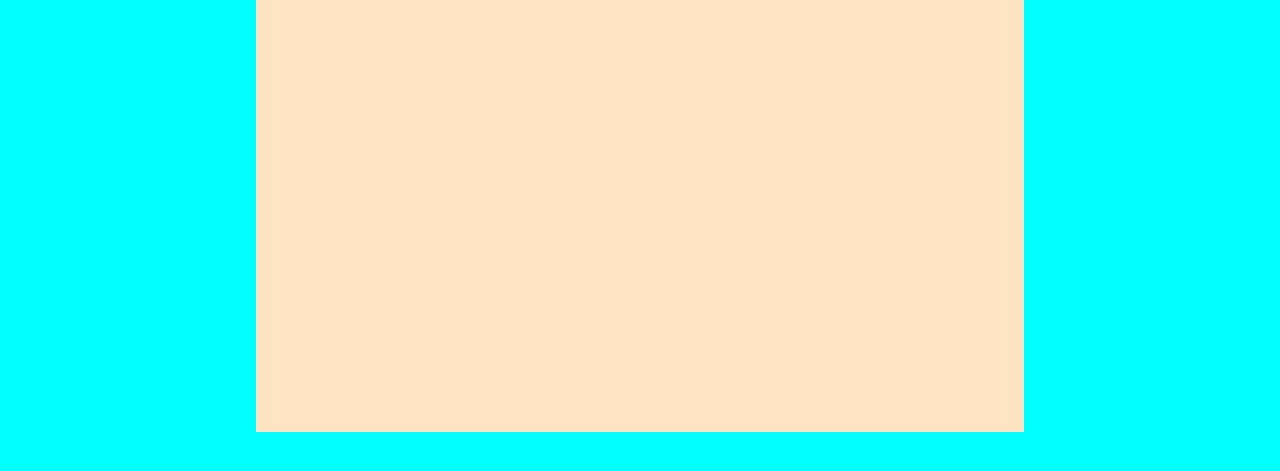
Repository: asfaqueahmedsakkar/ui_challange
Page: challange1_ts/index.html
An editor plug-in stored every save of this project. The page is shown before and after the next save, followed by the edit.
The browser window is 1280 px wide. The pictures show the whole page.
An inner scrolling area shows only its first screen.

Above is the page before, as saved 2023-03-22 13:18:06.
Console error: TypeError: this.scrollable.stopScrollOnScrollbarOrDrag is not a function

### challange1_ts/index.html
<html lang="en">

<head>
    <meta charset="UTF-8">
    <meta http-equiv="X-UA-Compatible" content="IE=edge">
    <meta name="viewport" content="width=1520, height:820, initial-scale=1.0">
    <title>Document</title>

    <link rel="stylesheet" href="style.css">

    <link rel="preconnect" href="https://fonts.googleapis.com">
    <link rel="preconnect" href="https://fonts.gstatic.com" crossorigin>
    <link href="https://fonts.googleapis.com/css2?family=Oswald:wght@200;300;400&display=swap" rel="stylesheet">
</head>

<body>

    <div style="background-color: aqua;width: 100%;height: 100%;">
        <div class="page" style="width: 60%; height:60%;overflow: scroll;margin: auto auto;" id="page">
            <div class="page_item" style="width: 100%; height: 100%;background-color: azure;"></div>
            <div class="page_item" style="width: 100%; height: 100%; background-color: beige;"></div>
            <div class="page_item" style="width: 100%; height: 100%; background-color: blanchedalmond;"></div>
            <div class="page_item" style="width: 100%; height: 100%; background-color: bisque;"></div>
        </div>

    </div>

    <script src="out/animator.js"></script>
    <script src="out/slider.js"></script>
    <script src="out/scrollable.js"></script>
    <script src="out/index.js"></script>
</body>

</html>

### challange1_ts/style.css
:root {
    --ligh-green: #009c59;
    --deep-green: #037044;

    --ligh-yellow: #f9bf01;
    --deep-yellow: #cd8800;

    --light-orrange: #f88729;
    --deep-orrange: #e36f00;

    --brown: #3b2612;
}

* {
    padding: 0;
    margin: 0;
    box-sizing: border-box;

    font-family: 'Oswald', sans-serif;
}

#img {
    z-index: 2;
    position: fixed;
    width: 100%;
    height: 100%;
    top: 0;
}

.main-body {
    width: 100%;
    height: 100%;
    aspect-ratio: 16/9;
    overflow-x: hidden;
    behavior: smooth;
}

.slider {
    height: 100%;
    width: 100%;
}

.slide {
    height: 100%;
    width: 100%;
    flex-shrink: 0;


    display: flex;
    align-items: center;
    justify-content: center;
}

.slide h1 {
    font-size: 300;
    letter-spacing: 8px;
    color: white;
    z-index: 10;
}

.slide:nth-child(1) {
    background-image: linear-gradient(to bottom right, var(--ligh-green), var(--deep-green))
}

.slide:nth-child(2) {
    background-image: linear-gradient(to bottom right, var(--ligh-yellow), var(--deep-yellow))
}

.slide:nth-child(3) {
    background-image: linear-gradient(to bottom right, var(--light-orrange), var(--deep-orrange))
}

.leaf {
    object-fit: width;
    pointer-events: none;
}

.leaf1 {
    z-index: 13;
    top: 35vh;
    left: -2vw;

    transform: rotateZ(310deg);
    height: 90px;
}

.leaf2 {
    z-index: 11;
    top: 78vh;
    left: 16vw;

    height: 140px;
    transform: rotateZ(310deg);

}

.leaf3 {
    z-index: 11;
    top: 16vh;
    left: 63vw;

    height: 120px;
    transform: rotateZ(140deg);
}

.leaf4 {
    z-index: 9;
    top: 62vh;
    left: 80vw;

    height: 110px;
    transform: rotateZ(80deg);
}

.leaf5 {
    z-index: 14;
    top: 65vh;
    left: -14vw;

    height: 110px;
    transform: rotateZ(70deg);
}




.bottal {
    position: fixed;

    z-index: 11;
    top: 50%;
    left: 50%;

    transform: translateX(-50%) translateY(-50%);
    height: 55%;

    object-fit: height;
    pointer-events: none;
}

.sprite {
    height: 54%;
}

.fanta {
    left: 150%;
}

.lipton {
    left: 150%;
}

#lemon1,
#orrange1,
#apple1 {
    position: fixed;
    left: 50%;
    top: 60%;

    transform: translateX(-50%) translateY(-50%);
    z-index: 16;

    height: 30%;
    width: 23%;
    object-fit: contain;
    pointer-events: none;
}

#lemon2,
#orrange2,
#apple2 {
    position: fixed;
    left: 50%;
    top: 50%;

    transform: translateX(-50%) translateY(-50%);
    z-index: 10;

    height: 36%;
    width: 39%;

    object-fit: contain;
    pointer-events: none;
}


.details {
    width: 100%;
    height: 100%;
    position: relative;
    background-color: rgb(0, 31, 0);
}

.circel {
    border-radius: 50%;
    width: 26vw;
    height: 23vw;
    background-color: var(--deep-green);
    position: absolute;
    top: 70%;
    left: 25%;
    transform: translateX(-50%) translateY(-50%);
}

.details-content {
    width: 40vw;
    position: absolute;
    color: rgb(192, 192, 192);
    font-size: 16px;
    letter-spacing: 1.2px;
    font-weight: lighter;
    top: 50%;
    left: 75%;
    transform: translateX(-50%) translateY(-50%);
}

.details-content h1 {
    content: attr(name);
}

.details-content h1 {
    font-size: 100px;
    margin-top: 32px;
    color: white;
}

.details-content div {
    margin-top: 32px;
    align-items: center;
    justify-content: center;
    display: flex;
    border-radius: 27px;
    width: 200px;
    height: 54px;
    padding-bottom: 8px;
    color: white;
    background-color: var(--ligh-green);
}

#sprite-details {
    background-color: var(--ligh-green);
    left: 25vw;
}

#lipton-details {
    left: 50vw;
    background-color: var(--ligh-yellow);
}

#fanta-details {
    left: 75vw;
    background-color: var(--light-orrange);
}

.details-item {
    border-radius: 16px;
    top: 60vh;
    width: 24vw;
    height: 70vh;
    transform: translateX(-50%) translateY(-50%);
    position: absolute;
    display: flex;
    flex-direction: column;
    align-items: center;
    justify-content: end;
    padding-bottom: 20px;
}

h1 {
    color: white;
    font-size: 44px;
}

.details-item div {
    align-items: center;
    justify-content: center;
    display: flex;
    border-radius: 27px;
    width: 200px;
    height: 54px;
    padding-bottom: 4px;
    margin-top: 8px;
    background-color: white;
    color: var(--ligh-green);
}

.details-item div h2 {
    font-size: 20px;
}

#buy-now-button-sprite {
    color: var(--ligh-green);
}

#buy-now-button-lipton {
    color: var(--ligh-yellow);
}

#buy-now-button-fanta {
    color: var(--light-orrange);
}

### challange1_ts/out/animator.js
"use strict";
var _a;
class Duration {
    constructor({ millisecond: millisecond, second: second, microsecond: microsecond, minute: minute } = { millisecond: 300 }) {
        if (millisecond == undefined && microsecond == undefined && second == undefined && minute == undefined)
            throw ("please define any of the duration perametar");
        this.microsecond = microsecond;
        this.millisecond = millisecond;
        this.second = second;
        this.minute = minute;
    }
    getInMillisecond() {
        var _b, _c, _d, _e;
        return ((_b = this.second) !== null && _b !== void 0 ? _b : 0) * 1000 + ((_c = this.minute) !== null && _c !== void 0 ? _c : 0) * 60 * 1000 + ((_d = this.microsecond) !== null && _d !== void 0 ? _d : 0) / 1000 + ((_e = this.millisecond) !== null && _e !== void 0 ? _e : 0);
    }
}
class Curve {
}
_a = Curve;
Curve.getCurrentCurveFunction = (curveInUse) => {
    var curveFunction;
    if (curveInUse == Curves.linner) {
        curveFunction = Curve.linerCurve;
    }
    else if (curveInUse == Curves.easeInQuad) {
        curveFunction = Curve.easeInQuad;
    }
    else if (curveInUse == Curves.easeOutQuad) {
        curveFunction = Curve.easeOutQuad;
    }
    else if (curveInUse == Curves.easeInOutQuad) {
        curveFunction = Curve.easeInOutQuad;
    }
    else if (curveInUse == Curves.easeInSine) {
        curveFunction = Curve.easeInSine;
    }
    else if (curveInUse == Curves.easeOutSine) {
        curveFunction = Curve.easeOutSine;
    }
    else if (curveInUse == Curves.easeInOutSine) {
        curveFunction = Curve.easeInOutSine;
    }
    else if (curveInUse == Curves.easeInExpo) {
        curveFunction = Curve.easeInExpo;
    }
    else if (curveInUse == Curves.easeOutExpo) {
        curveFunction = Curve.easeOutExpo;
    }
    else if (curveInUse == Curves.easeInOutExpo) {
        curveFunction = Curve.easeInOutExpo;
    }
    else if (curveInUse == Curves.easeInCirc) {
        curveFunction = Curve.easeInCirc;
    }
    else if (curveInUse == Curves.easeOutCirc) {
        curveFunction = Curve.easeOutCirc;
    }
    else if (curveInUse == Curves.easeInOutCirc) {
        curveFunction = Curve.easeInOutCirc;
    }
    else {
        curveFunction = _a.linerCurve;
    }
    return curveFunction;
};
Curve.linerCurve = ({ from = 0, to = 1, currentFrame, totalFrame }) => {
    const change = to - from;
    return change * (currentFrame / totalFrame) + from;
};
Curve.easeInQuad = ({ from = 0, to = 1, currentFrame, totalFrame }) => {
    const change = to - from;
    var t = currentFrame / totalFrame;
    var d = totalFrame / totalFrame;
    return change * (t /= d) * t + from;
};
Curve.easeOutQuad = ({ from = 0, to = 1, currentFrame, totalFrame }) => {
    const change = to - from;
    var t = currentFrame / totalFrame;
    var d = totalFrame / totalFrame;
    return -change * (t /= d) * (t - 2) + from;
};
Curve.easeInOutQuad = ({ from = 0, to = 1, currentFrame, totalFrame }) => {
    const change = to - from;
    var t = currentFrame / totalFrame;
    var d = totalFrame / totalFrame;
    if ((t /= d / 2) < 1)
        return change / 2 * t * t + from;
    return -change / 2 * ((--t) * (t - 2) - 1) + from;
};
Curve.easeInSine = ({ from = 0, to = 1, currentFrame, totalFrame }) => {
    const change = to - from;
    var t = currentFrame / totalFrame;
    var d = totalFrame / totalFrame;
    return -change * Math.cos(t / d * (Math.PI / 2)) + change + from;
};
Curve.easeOutSine = ({ from = 0, to = 1, currentFrame, totalFrame }) => {
    const change = to - from;
    var t = currentFrame / totalFrame;
    var d = totalFrame / totalFrame;
    return change * Math.sin(t / d * (Math.PI / 2)) + from;
};
Curve.easeInOutSine = ({ from = 0, to = 1, currentFrame, totalFrame }) => {
    const change = to - from;
    var t = currentFrame / totalFrame;
    var d = totalFrame / totalFrame;
    return -change / 2 * (Math.cos(Math.PI * t / d) - 1) + from;
};
Curve.easeInExpo = ({ from = 0, to = 1, currentFrame, totalFrame }) => {
    const change = to - from;
    var t = currentFrame / totalFrame;
    var d = totalFrame / totalFrame;
    return (t == 0) ? from : change * Math.pow(2, 10 * (t / d - 1)) + from;
};
Curve.easeOutExpo = ({ from = 0, to = 1, currentFrame, totalFrame }) => {
    const change = to - from;
    var t = currentFrame / totalFrame;
    var d = totalFrame / totalFrame;
    return (t == d) ? from + change : change * (-Math.pow(2, -10 * t / d) + 1) + from;
};
Curve.easeInOutExpo = ({ from = 0, to = 1, currentFrame, totalFrame }) => {
    const change = to - from;
    var t = currentFrame / totalFrame;
    var d = totalFrame / totalFrame;
    if (t == 0)
        return from;
    if (t == d)
        return from + change;
    if ((t /= d / 2) < 1)
        return change / 2 * Math.pow(2, 10 * (t - 1)) + from;
    return change / 2 * (-Math.pow(2, -10 * --t) + 2) + from;
};
Curve.easeInCirc = ({ from = 0, to = 1, currentFrame, totalFrame }) => {
    const change = to - from;
    var t = currentFrame / totalFrame;
    var d = totalFrame / totalFrame;
    return -change * (Math.sqrt(1 - (t /= d) * t) - 1) + from;
};
Curve.easeOutCirc = ({ from = 0, to = 1, currentFrame, totalFrame }) => {
    const change = to - from;
    var t = currentFrame / totalFrame;
    var d = totalFrame / totalFrame;
    return change * Math.sqrt(1 - (t = t / d - 1) * t) + from;
};
Curve.easeInOutCirc = ({ from = 0, to = 1, currentFrame, totalFrame }) => {
    const change = to - from;
    var t = currentFrame / totalFrame;
    var d = totalFrame / totalFrame;
    if ((t /= d / 2) < 1)
        return -change / 2 * (Math.sqrt(1 - t * t) - 1) + from;
    return change / 2 * (Math.sqrt(1 - (t -= 2) * t) + 1) + from;
};
var Curves;
(function (Curves) {
    Curves[Curves["linner"] = 0] = "linner";
    Curves[Curves["easeInQuad"] = 1] = "easeInQuad";
    Curves[Curves["easeOutQuad"] = 2] = "easeOutQuad";
    Curves[Curves["easeInOutQuad"] = 3] = "easeInOutQuad";
    Curves[Curves["easeInSine"] = 4] = "easeInSine";
    Curves[Curves["easeOutSine"] = 5] = "easeOutSine";
    Curves[Curves["easeInOutSine"] = 6] = "easeInOutSine";
    Curves[Curves["easeInExpo"] = 7] = "easeInExpo";
    Curves[Curves["easeOutExpo"] = 8] = "easeOutExpo";
    Curves[Curves["easeInOutExpo"] = 9] = "easeInOutExpo";
    Curves[Curves["easeInCirc"] = 10] = "easeInCirc";
    Curves[Curves["easeOutCirc"] = 11] = "easeOutCirc";
    Curves[Curves["easeInOutCirc"] = 12] = "easeInOutCirc";
})(Curves || (Curves = {}));
class Animator {
    constructor({ duration = new Duration(), curve = Curves.linner } = {}) {
        this.status = AnimatorStatus.stoped;
        this.intervalInMillisecond = 10;
        this.frameCount = 0;
        this.totalFrame = 0;
        this.from = 0;
        this.to = 0;
        this.currentAnimationValue = 0;
        this.duration = duration;
        this.curve = curve !== null && curve !== void 0 ? curve : Curves.linner;
    }
    play({ from = 0, to = 1, duration, curve } = { from: 0, to: 1 }) {
        this.from = from;
        this.to = to;
        this.status = AnimatorStatus.started;
        this.curveInUse = curve !== null && curve !== void 0 ? curve : this.curve;
        this.durationInUse = duration !== null && duration !== void 0 ? duration : this.duration;
        const durationInMilisecond = this.durationInUse.getInMillisecond();
        this.totalFrame = durationInMilisecond / this.intervalInMillisecond;
        this.frameCount = 0;
        this.startAnimation();
    }
    pause() {
        if (this.status == AnimatorStatus.playing) {
            this.status = AnimatorStatus.paused;
            this.clearInterval();
        }
    }
    resume() {
        if (this.status == AnimatorStatus.paused) {
            this.status = AnimatorStatus.resumed;
            this.startAnimation();
        }
    }
    stop() {
        this.clearInterval();
        this.totalFrame = 0;
        this.frameCount = 0;
        this.status = AnimatorStatus.stoped;
    }
    addListener(listener) {
        this.animationListener = listener;
    }
    clearInterval() {
        clearInterval(this.interval);
        this.interval = undefined;
    }
    startAnimation() {
        var curveFunction = Curve.getCurrentCurveFunction(this.curveInUse);
        if (this.interval != undefined)
            clearInterval(this.interval);
        this.interval = setInterval(() => {
            this.frameCount++;
            this.status = AnimatorStatus.playing;
            this.currentAnimationValue = curveFunction({ to: this.to, from: this.from, currentFrame: this.frameCount, totalFrame: this.totalFrame });
            if (this.animationListener != undefined) {
                this.animationListener(this.currentAnimationValue);
            }
            if (this.frameCount == this.totalFrame) {
                this.stop();
            }
        }, this.intervalInMillisecond);
    }
}
var AnimatorStatus;
(function (AnimatorStatus) {
    AnimatorStatus[AnimatorStatus["playing"] = 0] = "playing";
    AnimatorStatus[AnimatorStatus["started"] = 1] = "started";
    AnimatorStatus[AnimatorStatus["stoped"] = 2] = "stoped";
    AnimatorStatus[AnimatorStatus["paused"] = 3] = "paused";
    AnimatorStatus[AnimatorStatus["resumed"] = 4] = "resumed";
})(AnimatorStatus || (AnimatorStatus = {}));

### challange1_ts/out/slider.js
"use strict";
class Slider {
    constructor(element, { ratio: ratio = 1, autoSlide: autoSlide = false, autoSlideDuration: autoSlideDuration = new Duration({ second: 1 }), initialSlide: initialSlide = 0, infiniteLoop: infiniteLoop = false, direction = ScrollDirection.horizontal } = { ratio: 1, autoSlide: false, autoSlideDuration: new Duration({ second: 5 }), initialSlide: 0, infiniteLoop: false, direction: ScrollDirection.horizontal }) {
        this.infiniteLoop = false;
        this.element = element;
        this.ratio = ratio;
        this.autoSlide = autoSlide;
        this.autoSlideDuration = autoSlideDuration;
        this.initialSlide = initialSlide;
        this.currentSlide = initialSlide;
        this.nextSlide = initialSlide;
        this.totalSlides = this.element.children.length;
        this.scrollable = new Scrollable(this.element, direction);
        this.setInfiniteLoop(infiniteLoop);
        if (infiniteLoop) {
            var allChild = Array.from(this.element.children);
            allChild.forEach(element => {
                this.element.removeChild(element);
            });
            for (var i = 0; i < this.totalSlides + 2; i++) {
                const child = allChild[(this.totalSlides - 1 + i) % this.totalSlides].cloneNode();
                child.style.cssText += "height: 100%;width: 100%;flex-shrink: 0;";
                this.element.appendChild(child);
            }
        }
        this.scrollable.stopScrollOnScrollbarOrDrag();
        this.scrollable.updateScroll(this.getSlideIndex(this.currentSlide) * this.scrollable.getSize());
    }
    setInfiniteLoop(state) {
        this.infiniteLoop = state;
    }
    getCurrentSlide() {
        return Math.round(this.scrollable.getScroll() / this.scrollable.getSize());
    }
    slideTo(currentSlide, duration = new Duration({ millisecond: 300 }), curve = Curves.linner, onSlideDone) {
        if (this.scrollable.getScrollState() != AnimatorStatus.playing) {
            if (currentSlide != this.currentSlide) {
                this.nextSlide = currentSlide;
                this.scrollable.scrollTo(this.getSlideIndex(this.nextSlide) * this.scrollable.getSize(), duration, curve);
                setTimeout(() => {
                    this.currentSlide = this.nextSlide;
                    if (onSlideDone != undefined)
                        onSlideDone();
                }, duration.getInMillisecond() + 50);
            }
        }
    }
    next(duration = new Duration({ millisecond: 300 }), curve = Curves.linner) {
        if (this.scrollable.getScrollState() != AnimatorStatus.playing && this.hasNext()) {
            this.slideTo(this.currentSlide + 1, duration, curve, () => {
                if (this.infiniteLoop && this.currentSlide == this.totalSlides) {
                    this.currentSlide = 0;
                    this.scrollable.updateScroll(this.scrollable.getSize());
                }
            });
        }
    }
    previous(duration = new Duration({ millisecond: 300 }), curve = Curves.linner) {
        if (this.scrollable.getScrollState() != AnimatorStatus.playing && this.hasPrevious()) {
            this.slideTo(this.currentSlide - 1, duration, curve, () => {
                if (this.infiniteLoop && this.currentSlide == -1) {
                    this.currentSlide = this.totalSlides - 1;
                    this.scrollable.updateScroll(this.scrollable.getSize() * this.totalSlides);
                }
            });
        }
    }
    hasNext() {
        if (this.infiniteLoop)
            return true;
        if (this.currentSlide < this.totalSlides - 1)
            return true;
        return false;
    }
    hasPrevious() {
        if (this.infiniteLoop)
            return true;
        if (this.currentSlide > 0)
            return true;
        return false;
    }
    addSlideListener(sliderListene) {
        this.scrollable.addScrollListener((scroll) => {
            sliderListene((scroll / this.scrollable.getSize() + (this.totalSlides - (this.infiniteLoop ? 1 : 0))) % this.totalSlides);
        });
    }
    getSlideIndex(index) {
        return index + (this.infiniteLoop ? 1 : 0);
    }
}

### challange1_ts/out/scrollable.js
"use strict";
class Scrollable {
    constructor(element, scrollDirection = ScrollDirection.vertical) {
        this.scrolling = false;
        this.scroll = 0;
        this.lastScroll = 0;
        this.animation = new Animator();
        this.element = element;
        this.direction = scrollDirection;
        this._initialiseListeners();
    }
    addScrollEventListener(listener) {
        this.scrollEnevtListener = listener;
    }
    addScrollListener(listener) {
        this.scrollListener = listener;
    }
    getScroll() {
        if (this.direction == ScrollDirection.vertical)
            return this.element.scrollTop;
        else
            return this.element.scrollLeft;
    }
    getSize() {
        if (this.direction == ScrollDirection.vertical)
            return this.element.offsetHeight;
        else
            return this.element.offsetWidth;
    }
    updateScroll(scroll) {
        if (this.direction == ScrollDirection.vertical)
            this.element.scrollTop = scroll;
        else
            this.element.scrollLeft = scroll;
    }
    getSize() {
        if (this.direction == ScrollDirection.vertical)
            return this.element.offsetHeight;
        else
            return this.element.offsetWidth;
    }
    scrollTo(position, duration = new Duration(), curve = Curves.linner) {
        this.animation.stop();
        this.animation.addListener((value) => this.updateScroll(value));
        this.animation.play({ from: this.getScroll(), to: position, duration: duration, curve: curve });
    }
    _initialiseListeners() {
        this.element.addEventListener('scroll', (e) => {
            this.scroll = this.getScroll();
            if (this.scrollListener != undefined) {
                this.scrollListener(this.scroll);
            }
            if (this.scrolling == false) {
                this.scrolling = true;
                if (this.interval == undefined && this.scrollEnevtListener != undefined) {
                    this.scrollEnevtListener(ScrollEvent.start);
                    this.interval = setInterval(() => {
                        this.scrollEnevtListener(ScrollEvent.scrolling);
                        if (this.lastScroll == this.scroll) {
                            this.lastScroll = this.scroll;
                            clearInterval(this.interval);
                            this.interval = undefined;
                            this.scrolling = false;
                            this.scrollEnevtListener(ScrollEvent.stop);
                        }
                        else {
                            this.lastScroll = this.scroll;
                        }
                    }, 100);
                }
            }
        });
    }
    getScrollState() {
        var _a;
        return (_a = this.animation) === null || _a === void 0 ? void 0 : _a.status;
    }
}
var ScrollEvent;
(function (ScrollEvent) {
    ScrollEvent[ScrollEvent["start"] = 0] = "start";
    ScrollEvent[ScrollEvent["scrolling"] = 1] = "scrolling";
    ScrollEvent[ScrollEvent["stop"] = 2] = "stop";
})(ScrollEvent || (ScrollEvent = {}));
var ScrollDirection;
(function (ScrollDirection) {
    ScrollDirection[ScrollDirection["horizontal"] = 0] = "horizontal";
    ScrollDirection[ScrollDirection["vertical"] = 1] = "vertical";
})(ScrollDirection || (ScrollDirection = {}));

### challange1_ts/out/index.js
"use strict";
// let scrollable: Scrollable = new Scrollable(document.getElementById('page')!, ScrollDirection.vertical);
var _a;
// scrollable.addScrollEventListener((event) => {
//     if (event == ScrollEvent.stop) {
//         console.log("Stoped");
//     }
//     if (event == ScrollEvent.scrolling) {
//         console.log("Scrolling");
//     }
//     if (event == ScrollEvent.start) {
//         console.log("Started");
//     }
// });
// var animator: Animator = new Animator({ duration: new Duration({ second: 5 }), curve: Curves.linner });
// animator.addListener((animationValue) => {
//     scrollable.updateScroll(animationValue);
// })
// document.getElementById('page')?.addEventListener("click", () => {
//     if (animator.status == AnimatorStatus.stoped) {
//         animator.play({ from: scrollable.getScroll(), to: scrollable.getScroll() + 2000 })
//     }
//     else if (animator.status == AnimatorStatus.playing || animator.status == AnimatorStatus.started) {
//         animator.pause()
//     }
//     else if (animator.status == AnimatorStatus.paused) {
//         animator.resume()
//     }
// });
let scrollable = new Slider(document.getElementById('page'), { infiniteLoop: true });
scrollable.addSlideListener((slide) => console.log(slide));
(_a = document.getElementById('page')) === null || _a === void 0 ? void 0 : _a.addEventListener("click", () => {
    scrollable.previous();
});

After the next save:
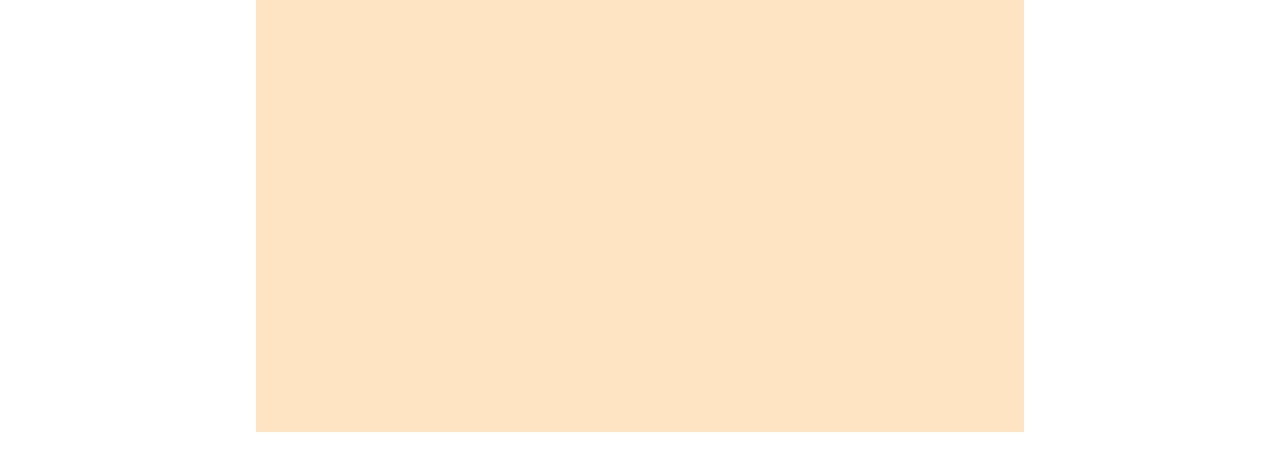
Saved 62 s later.
--- a/challange1_ts/index.html
+++ b/challange1_ts/index.html
@@ -15,7 +15,7 @@
 
 <body>
 
-    <div style="background-color: aqua;width: 100%;height: 100%;">
+    <div style="width: 100%;height: 100%;">
         <div class="page" style="width: 60%; height:60%;overflow: scroll;margin: auto auto;" id="page">
             <div class="page_item" style="width: 100%; height: 100%;background-color: azure;"></div>
             <div class="page_item" style="width: 100%; height: 100%; background-color: beige;"></div>
